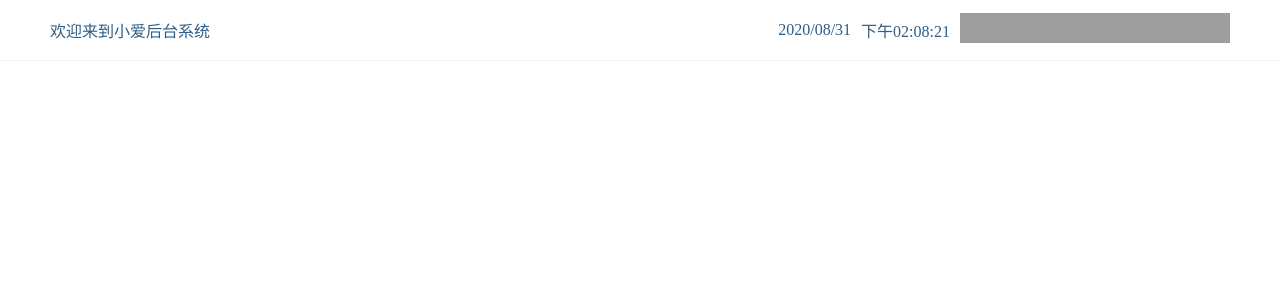
Repository: ZHANG-0714/backstage
Page: /
An editor plug-in stored every save of this project. The page is shown before and after the next save, followed by the edit.
The browser window is 1280 px wide. The pictures show the whole page.
Pictures or frames that could not be fetched are drawn as grey boxes. The project was rebuilt for these pictures with package versions that can differ from the ones it lists, and the page was loaded fresh each time. Also part of the build but not shown: vue.config.js, src/views/Home.vue.

Above is the page before, as saved 2020-08-31 16:54:42.

After the next save:
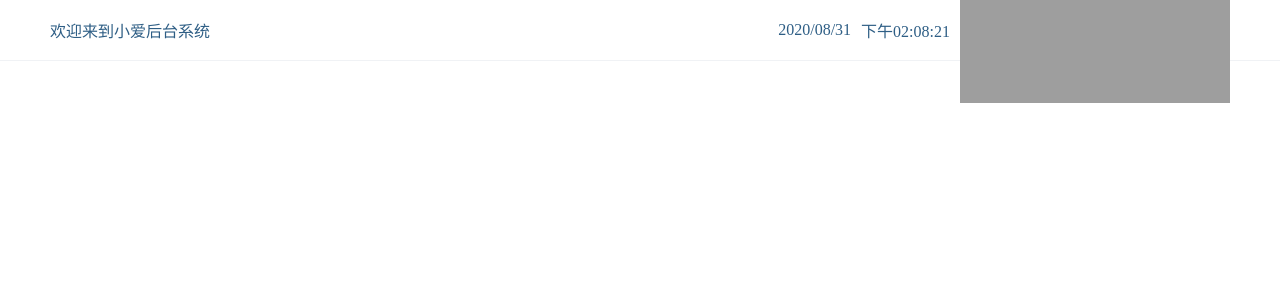
Saved 15 s later.
--- a/src/components/public/headTop.vue
+++ b/src/components/public/headTop.vue
@@ -13,7 +13,7 @@
           src="https://tianqiapi.com/api.php?style=tm&skin=pitaya"
           frameborder="0"
           width="270"
-          height="30"
+
           allowtransparency="true"
         ></iframe>
       </div>
